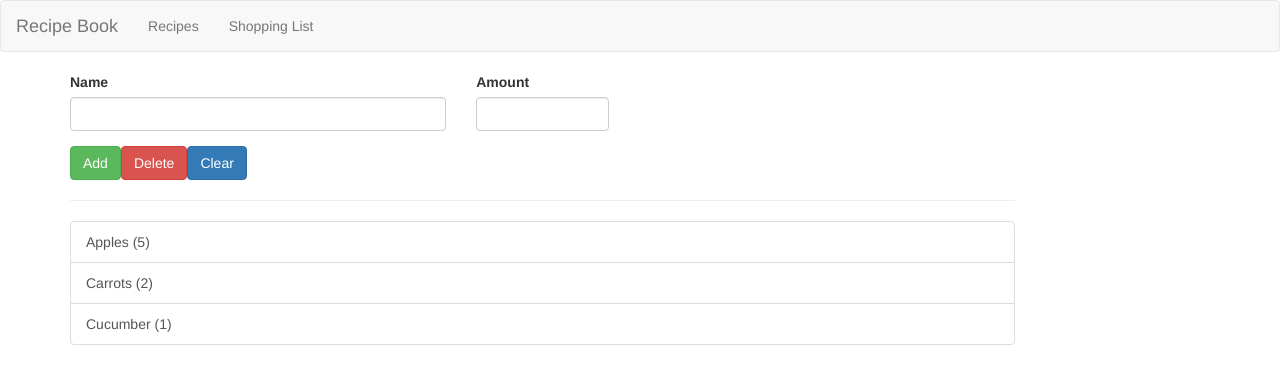
Repository: NicholasHorta/MaxMilAngProject
Page: /
The author's editor kept a copy of each file at every save. The page is drawn from the files as they stood at one save, then again after the next save.
The browser window is 1280 px wide. The pictures show the whole page.
The project was rebuilt for these pictures with package versions that can differ from the ones it lists, and the page was loaded fresh each time. Also part of the build but not shown: angular.json, src/app/recipes/recipes.component.ts, src/app/recipes/recipe-list/recipe-list.component.ts, src/app/recipes/recipes.model.ts, src/app/recipes/recipe-detail/recipe-detail.component.ts, src/app/recipes/recipe-list/recipe-item/recipe-item.component.ts.

Above is the page before, as saved 2021-04-04 11:12:37.

After the next save:
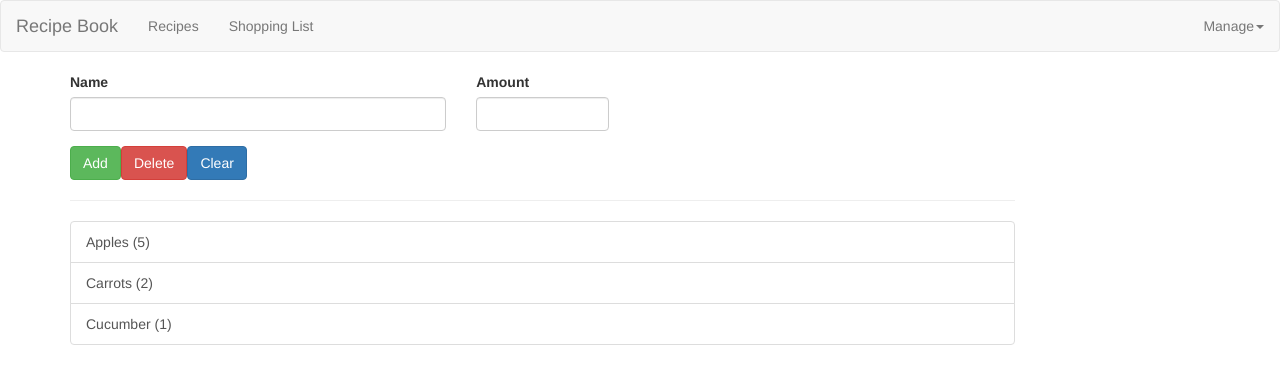
Saved 7 min 51 s later.
--- a/src/app/header/header.component.html
+++ b/src/app/header/header.component.html
@@ -3,11 +3,21 @@
         <div class="navbar-header">
             <a href="#" class="navbar-brand">Recipe Book</a>
         </div>
+
         <div class="navbar-default">
             <ul class="nav navbar-nav">
                 <li><a href="#" (click)="pageSelect(0)">Recipes</a></li>
                 <li><a href="#" (click)="pageSelect(1)">Shopping List</a></li>
             </ul>
+            <ul class="nav navbar-nav navbar-right">
+                <li class="dropdown">
+                    <a href="#" class="dropdown-toggle">Manage<span class="caret"></span></a>
+                    <ul class="dropdown-menu">
+                        <li><a href="#">Save Data</a></li>
+                        <li><a href="#">Fetch Data</a></li>
+                    </ul>
+                </li>
+            </ul>
         </div>
     </div>
 </nav>
